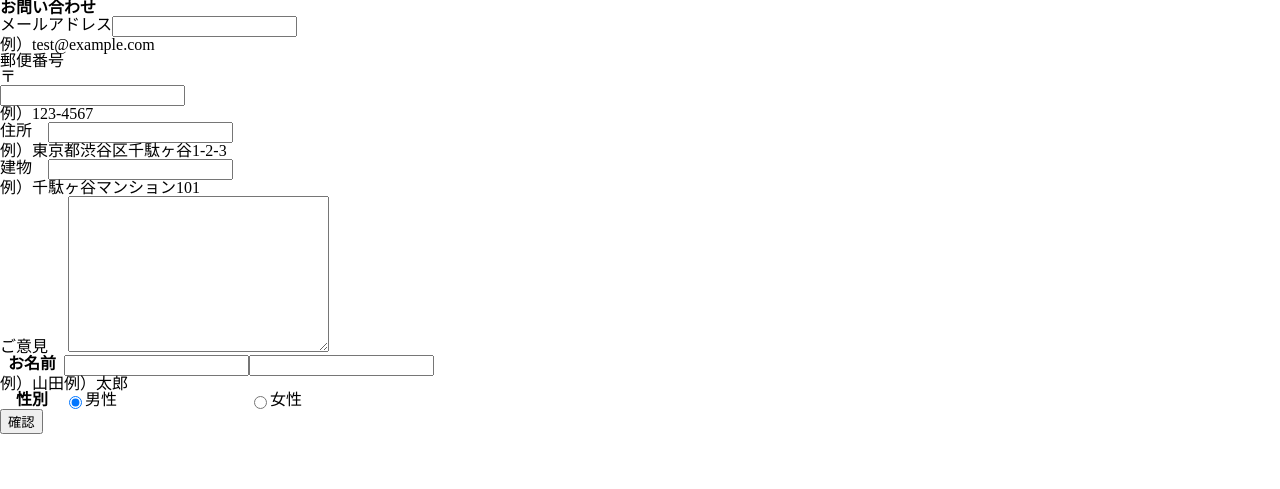
Repository: 1000sky/20220728majima
Page: http://localhost/contact
These files come from the project's save history. The page is drawn as it stood at one moment and after the next save; the edit follows.
The browser window is 1280 px wide. The pictures show the whole page.
The page is served by the project's Laravel application, run on PHP 8.4 with Laravel 8. Queries for data that is not in the repository find no rows.

Above is the page before, as saved 2022-07-27 23:51:27.

After the next save:
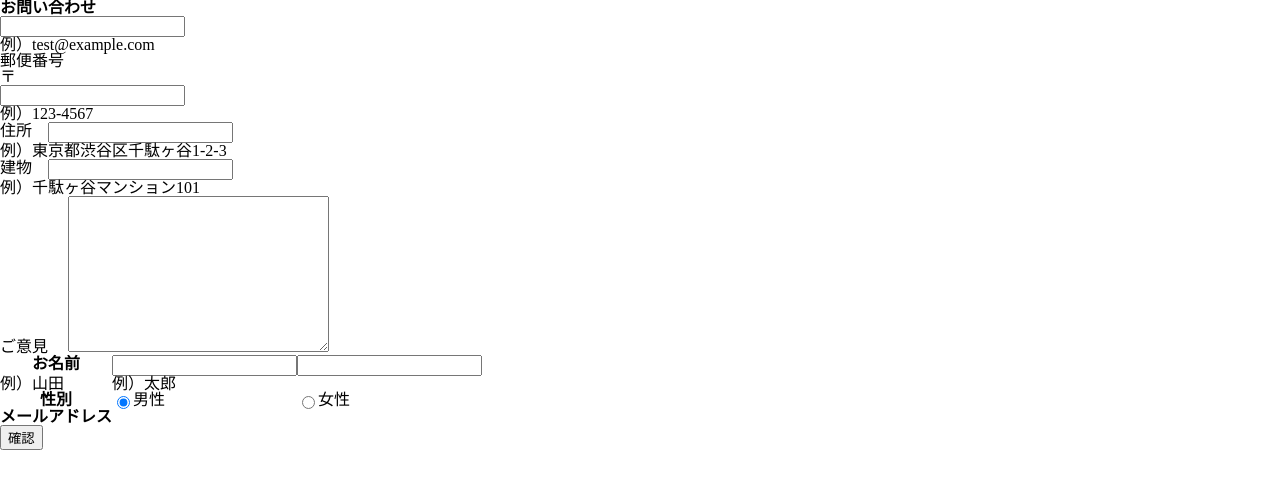
Saved 24 s later.
--- a/advance-test/resources/views/contact.blade.php
+++ b/advance-test/resources/views/contact.blade.php
@@ -57,7 +57,7 @@
         @endif
 
         <tr>
-        <label for="">メールアドレス</label>
+          <th><label for="">メールアドレス</label></th>
         <input type="text"><P>例）test@example.com</P>
         </label>
         </tr>
